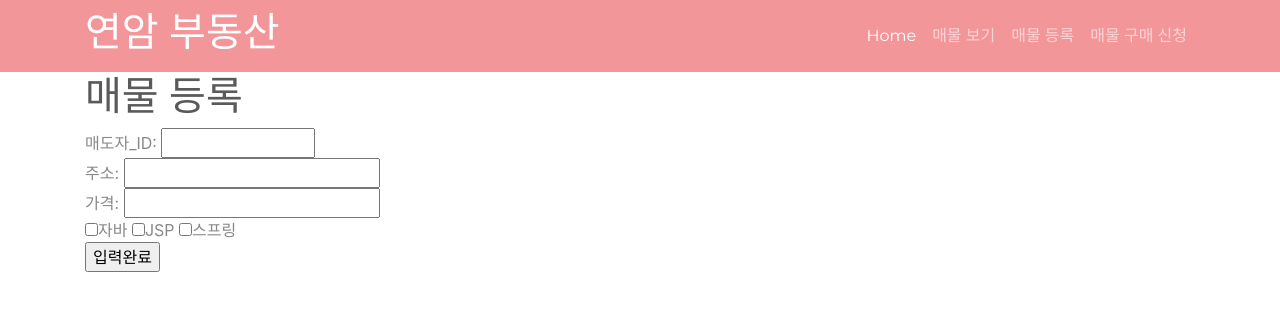
Repository: Leekm0912/2-1_JSP-DB_Project
Page: http://localhost/WebTest/DB/InsertTable.jsp
These files come from the project's save history. The page is drawn as it stood at one moment and after the next save; the edit follows.
The browser window is 1280 px wide. The pictures show the whole page.
The page is served by Tomcat 9.

Above is the page before, as saved 2020-06-10 03:38:57.

After the next save:
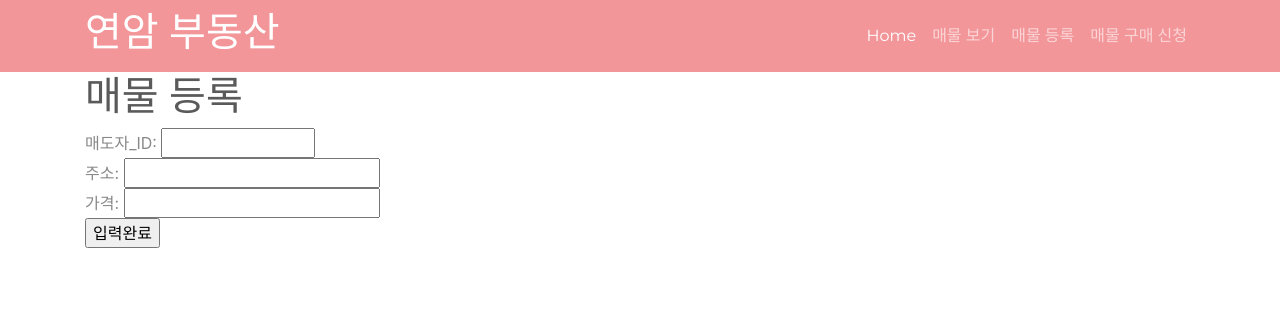
Saved 10 s later.
--- a/WebTest/WebContent/DB/InsertTable.jsp
+++ b/WebTest/WebContent/DB/InsertTable.jsp
@@ -42,10 +42,6 @@
 			매도자_ID: <input type="text" name="id" size="10"> <br>
 			주소: <input type="text" name="address" size="20"> <br>
 			가격: <input type="text" name="price" size="20"> <br>
-		<input type="checkbox" name="subject" value="java">자바
-		<input type="checkbox" name="subject" value="JSP">JSP
-		<input type="checkbox" name="subject" value="Spring">스프링 <br>
-		<%-- form 엘리먼트에 포함되는 input 엘리먼트들을 요청 파라미터로 만들어 --%>
 		<%-- 일괄적으로 action 페이지에 전달한다. --%>
 		<input type="submit" value="입력완료">
 		</form>
